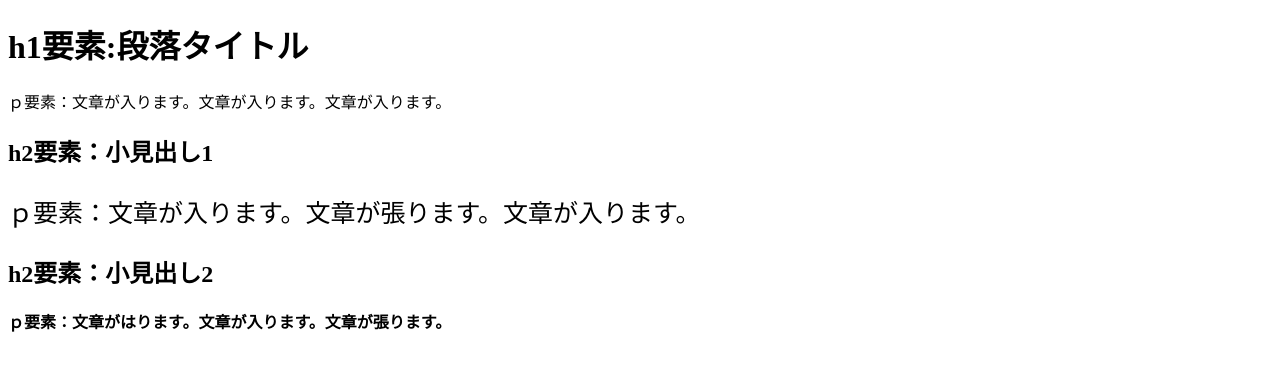
Repository: kinjoushuji/samurai_HTML-CSS
Page: index.html
The author's editor kept a record of every edit. The page is drawn from the files as they stood at one moment, then again after the next edit.
The browser window is 1280 px wide. The pictures show the whole page.

Above is the page before.

After the next edit:
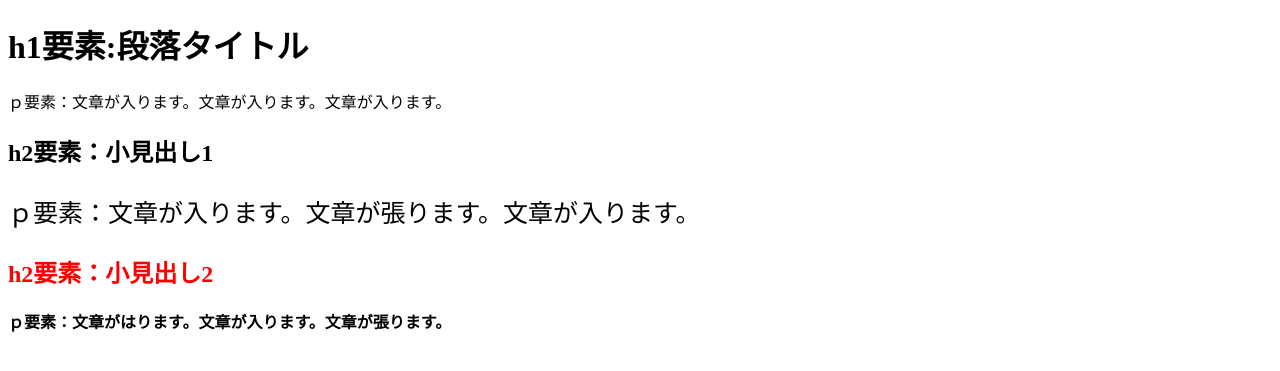
The edit:
--- a/index.html
+++ b/index.html
@@ -14,7 +14,7 @@
     <p>ｐ要素：文章が入ります。文章が入ります。文章が入ります。</p>
     <h2>h2要素：小見出し1</h2>
     <p style="font-size: 25px;">ｐ要素：文章が入ります。文章が張ります。文章が入ります。</p>
-    <h2>h2要素：小見出し2</h2>
+    <h2 id="red">h2要素：小見出し2</h2>
     <p style="font-weight: bold;">ｐ要素：文章がはります。文章が入ります。文章が張ります。</p>
   </body>
 </html>
